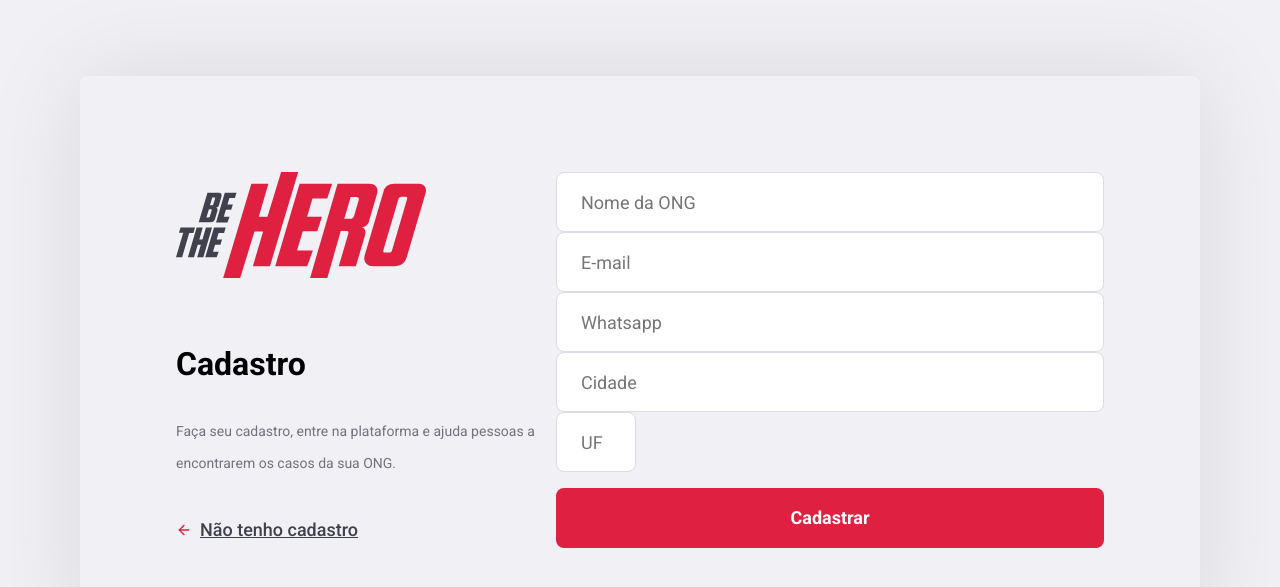
Repository: s7Thiago/semana-omnistack-11.0
Page: /register (app in front-end/)
These files come from the project's save history. The page is drawn as it stood at one moment and after the next save; the edit follows.
The browser window is 1280 px wide. The pictures show the whole page.
The project was rebuilt for these pictures with package versions that can differ from the ones it lists, and the page was loaded fresh each time. Also part of the build but not shown: front-end/src/pages/Logon/styles.css, front-end/src/pages/Logon/index.js.

Above is the page before, as saved 2020-03-26 22:41:13.

### front-end/src/App.js
import React from 'react';
import './global.css';

import Routes from './routes';

function App() {

  return (
    <Routes />
  );
}

export default App;

### front-end/src/global.css
@import url('https://fonts.googleapis.com/css?family=Roboto:400,500,700&display=swap');

*{
    margin: 0;
    padding: 0;
    outline: 0;
    box-sizing: border-box; /*Faz com que o padding dos elementos seja anexado na sua largura e na sua altura*/
}

body{
    font: 400 14px Roboto, sans-serif;
    background: #f0f0f5;
    -webkit-font-smoothing: antialiased;
}

input, button, textarea {
    font: 400 18px Roboto, sans-serif;
}

button {
    cursor: pointer;
}

form input {
    width: 100%;
    height: 60px;
    color: #333;
    border: 1px solid #dcdce6;
    border-radius: 8px;
    padding: 0 24px;
}

.button {
    width: 100%;
    height: 60px;
    background: #e02041;
    border: 0;
    border-radius: 8px;
    color: #fff;
    font-weight: 700;
    margin-top: 16px;
    display: inline-block;
    text-align: center;
    text-decoration: nome;
    font-size: 18px;
    line-height: 60px;
    transition: filter 0.25s;
}

.button:hover{
    filter: brightness(90%);
}

.back-link{
    display: flex;
    align-items: center;
    margin-top: 40px;
    color: #41414d;
    font-size: 18px;
    text-decoration: nome;
    font-weight: 500;
    transition: opacity 0.2s;
}

.back-link svg{
    margin-right: 8px;

}

.back-link:hover{
    opacity: 0.8;
}

### front-end/src/routes.js
import React from 'react';
import { BrowserRouter, Route, Switch } from 'react-router-dom';

import Logon from './pages/Logon';
import Register from './pages/Register';

export default function Routes() {
    return (
        <BrowserRouter>
            <Switch>
                <Route path="/" exact component={Logon} />
                <Route path="/register" component={Register} />

            </Switch>
        </BrowserRouter>
    );
}

### front-end/src/pages/Register/index.js
import React from 'react';

import { Link } from 'react-router-dom';
import { FiArrowLeft } from 'react-icons/fi'

import './styles.css'

import logoImg from '../../assets/logo.svg';

export default function Register() {
    return (
        <div className="register-container">
            <div className="content">
                <section>
                    <img src={logoImg} alt="Be the Hero" />
                    <h1>Cadastro</h1>
                    <p>Faça seu cadastro, entre na plataforma e ajuda pessoas a encontrarem os casos da sua ONG.</p>

                    <Link className="back-link" to="/register">
                        <FiArrowLeft size={16} color="#E02041" />
                        Não tenho cadastro
                        </Link>
                </section>

                <form>
                    <input placeholder="Nome da ONG" />
                    <input type="email" placeholder="E-mail" />
                    <input placeholder="Whatsapp" />

                    <div className="input-group">
                        <input placeholder="Cidade" />
                        <input placeholder="UF" style={{ width: 80 }} />
                    </div>
                    <button className="button" type="submit">Cadastrar</button>
                </form>
            </div>
        </div>
    );
}

### front-end/src/pages/Register/styles.css
.register-container{
    width: 100%;
    max-width: 1120px;
    height: 100vh;
    margin: 0 auto;

    display: flex;
    align-items: center;
    justify-content: center;
}

.register-container .content {
    width: 100%;
    padding: 96px;
    background: #f0f0f5;
    box-shadow: 0 0 100px rgba(0, 0, 0, 0.1);
    border-radius: 8px;

    display: flex;
    justify-content: space-between;
}

.register-container .content section {
    width: 100%;
    max-width: 380px;
}

.register-container .content section h1{
    margin: 64px 0 32px;
    font-size: 32px;
}

.register-container .content section p {
    font-size: 18;
    color: #737380;
    line-height: 32px;

}

Loaded but not shown: front-end/src/index.js (common file)

After the next save:
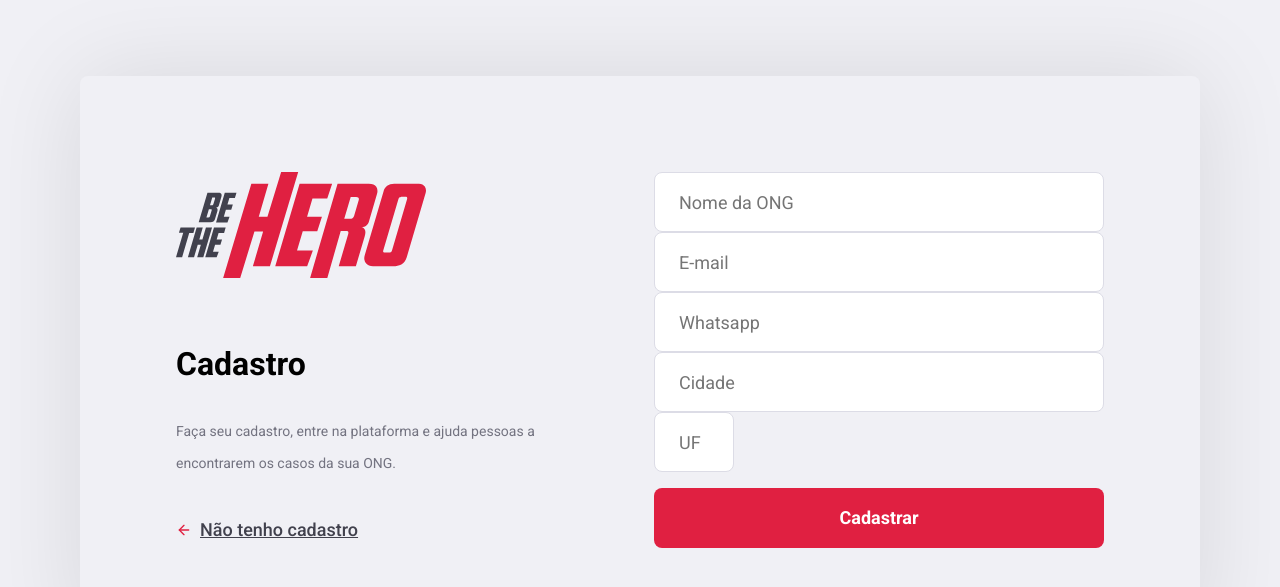
Saved 45 s later.
--- a/front-end/src/pages/Register/styles.css
+++ b/front-end/src/pages/Register/styles.css
@@ -36,3 +36,8 @@
     line-height: 32px;
 
 }
+
+.register-container .content form {
+    width: 100%;
+    max-width: 450px;
+}
